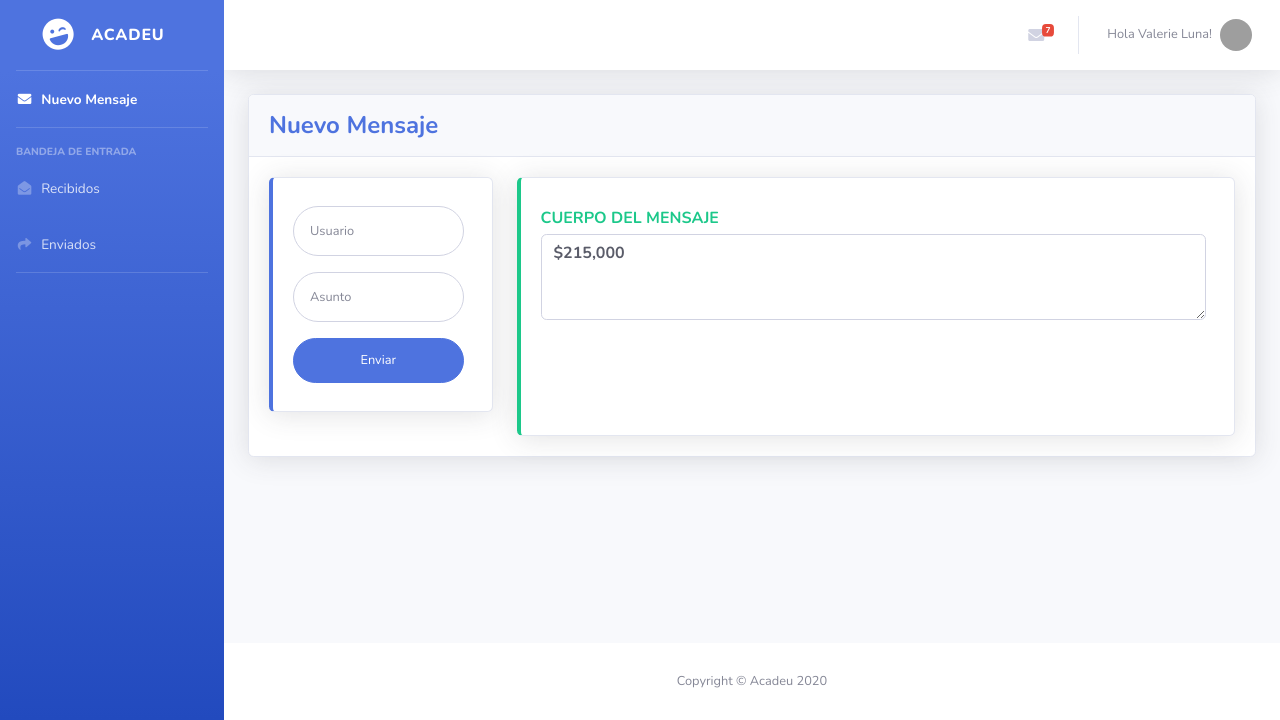
Repository: nicolask92/spring_java_test
Page: http://localhost/nuevo-mensaje
An editor plug-in stored every save of this project. The page is shown before and after a run of saves, followed by the edit.
The browser window is 1280 px wide. The pictures show the whole page.
Pictures or frames that could not be fetched are drawn as grey boxes. The page is this project's Thymeleaf template; nobody is signed in. The template is opened directly, without the code that normally fills it, so the values that code supplies are empty.

Above is the page before, as saved 2020-06-13 21:56:50.

After the next 2 saves:
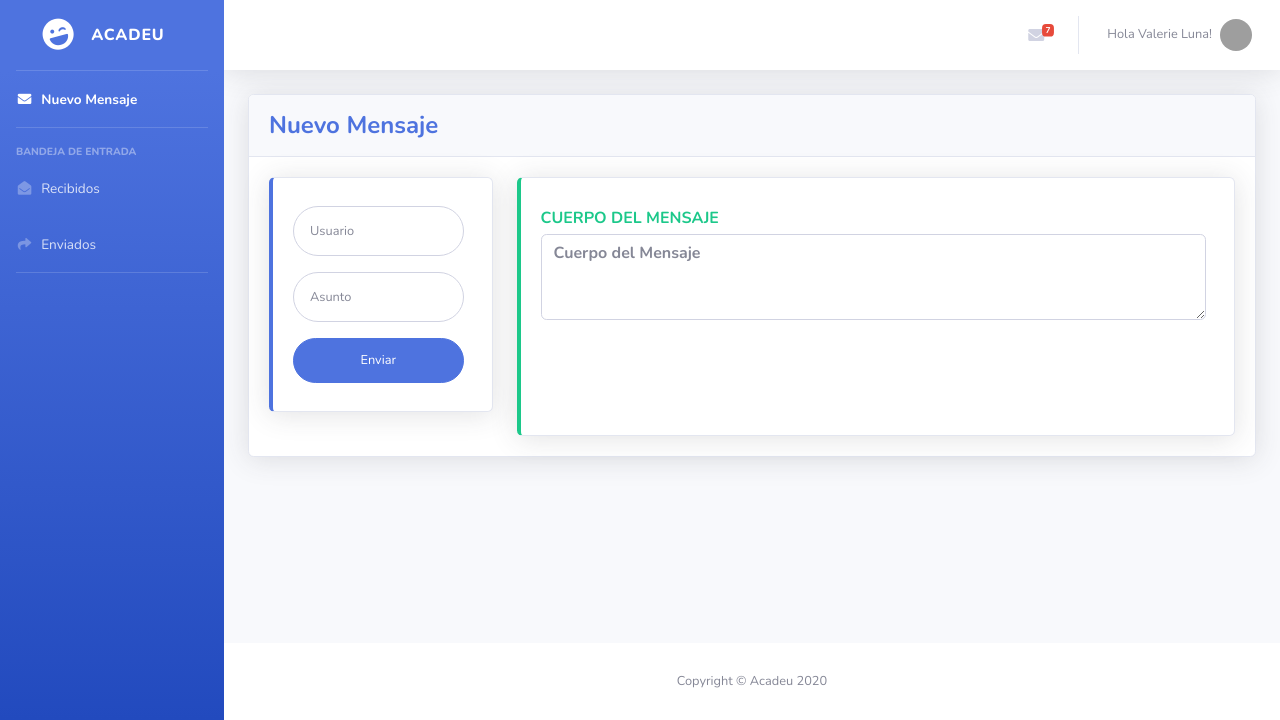
The 2 saves are shown as one change because they came seconds apart.
The last was saved 52 s later.
--- a/spring-tutorial/src/main/resources/templates/nuevo-mensaje.html
+++ b/spring-tutorial/src/main/resources/templates/nuevo-mensaje.html
@@ -242,7 +242,7 @@
 														del Mensaje</div>
 													<textarea
 														class="form-control h6 mb-0 font-weight-bold text-gray-800"
-														id="Textarea" rows="3">$215,000</textarea>
+														id="Textarea" required rows="3" placeholder="Cuerpo del Mensaje"></textarea>
 														</div>
 												</form>
 											</div>
